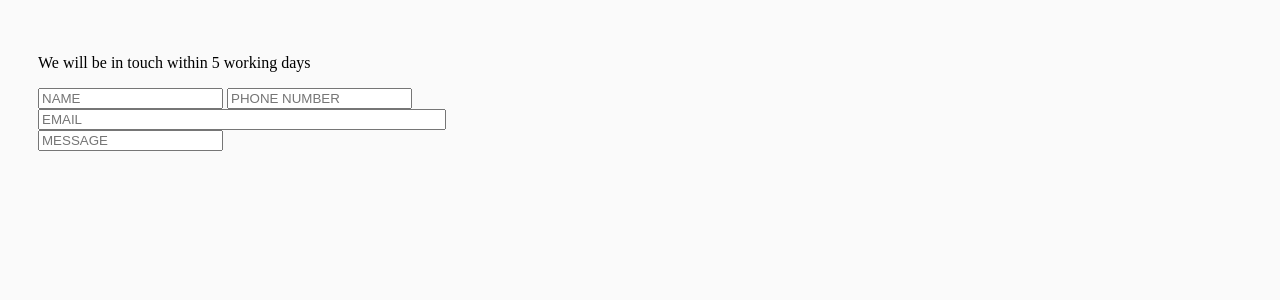
Repository: valenovi76/DeliveryExcellence
Page: text.html
The author's editor kept a record of every edit. The page is drawn from the files as they stood at one moment, then again after the next edit.
The browser window is 1280 px wide. The pictures show the whole page.

Above is the page before.

After the next edit:
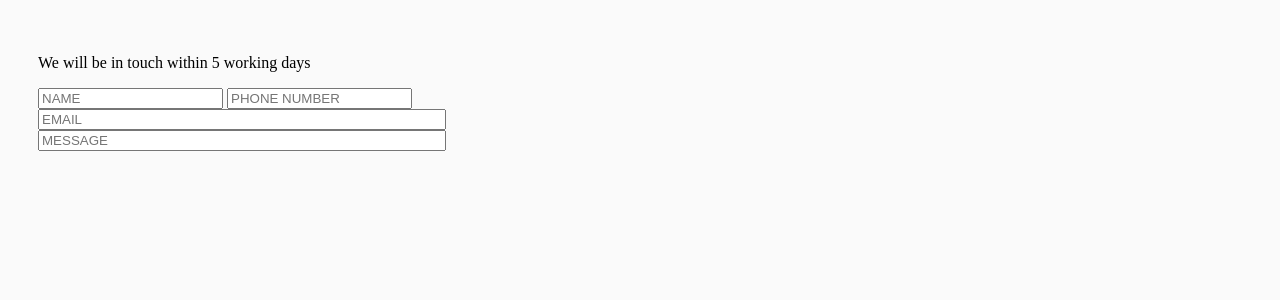
The edit:
--- a/text.html
+++ b/text.html
@@ -17,7 +17,9 @@
         .wrapper input[type="email"]{
             width:100%; margin-bottom:0px;padding:5px:
         }
-
+        .wrapper input[type="textarea"]{
+            width:100%; margin-top:0px;
+        }
     </style>
 </head>
 <body>
